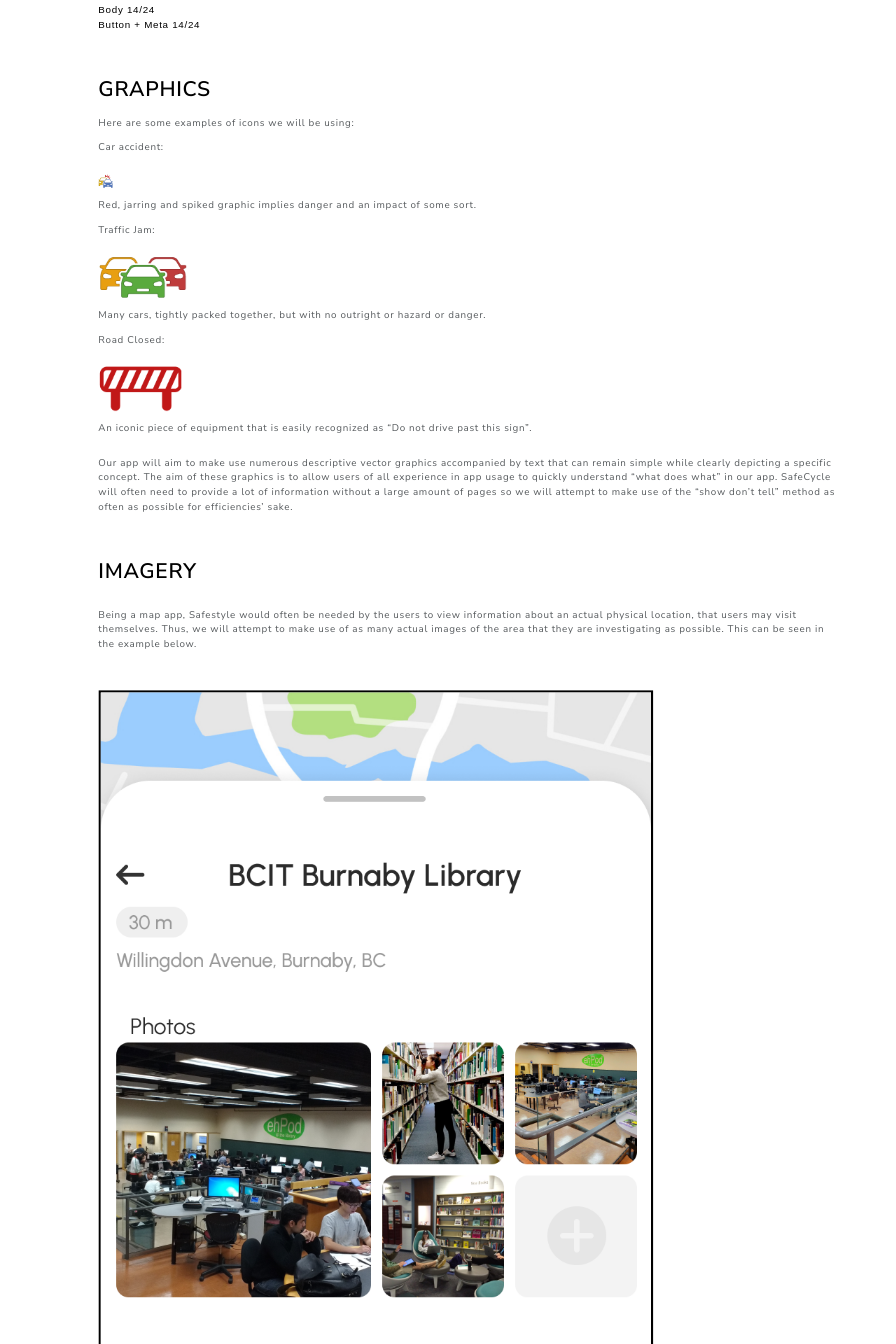
Repository: Aladdin3r/safecycle-styleguide
Page: /
These files come from the project's save history. The page is drawn as it stood at one moment and after the next save; the edit follows.
The browser window is 1280 px wide. The pictures show the part of the page from y = 2915 to 4835 px (the page is 5742 px tall before and 5922 px after), at 70% of full size.
The project was rebuilt for these pictures with package versions that can differ from the ones it lists, and the page was loaded fresh each time. The framework's server and built-in components were replaced by stand-ins that run in the browser. Also part of the build but not shown: next.config.mjs.

Above is the page before, as saved 2024-04-09 22:52:22.

### pages/_app.js
import "@/styles/globals.css";
import "@/styles/bootstrap.min.css";
import { useEffect } from "react";


export default function App({ Component, pageProps }) {

  useEffect(() => {
    require("bootstrap/dist/js/bootstrap.bundle.min.js");
  }, []);
  return <Component {...pageProps} />;
}

### pages/index.js
import Head from "next/head";
import styles from "@/styles/Home.module.css"

export default function Home() {

  return (
    <>
      <Head>
        <title>SafeCycle Styleguide</title>
        <meta name="description"
        content=
        "Created by Rawan Aladdin, Nea Pieroelie, Andrew Turitsa."
       />
        <meta name="viewport" content="width=device-width, initial-scale=1" />
        <link rel="icon" href="/favicon1.svg" />
      </Head>
      <nav class="navbar navbar-expand-lg bg-light sticky-top" data-bs-theme="light">
        <div class="container-fluid">
          <a class="navbar-brand" href="#">SafeCycle</a>
          <button class="navbar-toggler" type="button" data-bs-toggle="collapse" data-bs-target="#navbarColor03" aria-controls="navbarColor03" aria-expanded="false" aria-label="Toggle navigation">
            <span class="navbar-toggler-icon"></span>
          </button>
          <div class="collapse navbar-collapse" id="navbarColor03">
            <ul class="navbar-nav me-auto">
              <li class="nav-item">
                <a class="nav-link active" href="#">Home</a>
              </li>
              <li class="nav-item">
                <a class="nav-link" href="#logo">Logo</a>
              </li>
              <li class="nav-item">
                <a class="nav-link" href="#colours">Colours</a>
              </li>
              <li class="nav-item">
                <a class="nav-link" href="#types">Typography, Imagery, Graphics</a>
              </li>
              <li class="nav-item">
                <a class="nav-link" href="#refs">References</a>
              </li>
            </ul>
          </div>
        </div>
      </nav>
      <main>
      <div class="jumbotron">
        <h1 class="display-3 mt-5 pt-5">SafeCycle</h1>
        <p class="display-4 pb-5">Styleguide</p>
        <hr class="my-5"/>
        <p class="mb-5">Rawan Aladdin, Nea Pieroelie, Andrew Turitsa</p>
        <p class="lead mb-5">
          <a class="btn btn-primary btn-lg my-5" href="#logo" role="button">Start the guide</a>
        </p>
      </div>
      <div id="logo" class="p-4">
        <h2 class="p-2 mt-3">Logo Design</h2>
        <p class="p-3">
          Logo font choice: DIN condensed bold
          colours: #F0983F orange #911C12 red #AD5C0A pale orange
        </p>
        <div class="container">
          <div class="card-group">
              <div class="row">
                <div className="col-sm-4">
                  <div class="bg-primary card text-white mb-3" className={styles.card}>
                    <div class="card-body">
                      <h4 class="card-title">Full-colour logo</h4>
                      <img class="card-img-top" src="/fullcolourlogo.svg" alt="full-colour logo"></img>
                      <p class="card-text">Some quick example text to build on the card title and make up the bulk of the card's content. blah blah blah</p>
                    </div>
                  </div>
                </div>

                <div className="col-sm-4">
                  <div class="bg-primary card text-white mb-3" className={styles.card}>
                  <div class="card-body">
                    <h4 class="card-title">Black and white Logo</h4>
                    <img class="card-img-top" src="/blackandwhitelogo.svg" alt="black and white logo"></img>
                    <p class="card-text">Some quick example text to build on the card title and make up the bulk of the card's content.</p>
                  </div>
                  </div>
                </div>

                <div className="col-sm-4">
                  <div class="bg-primary card text-white mb-3" className={styles.card}>
                  <div class="card-body">
                    <h4 class="card-title">Greyscale Logo</h4>
                    <img class="card-img-top" src="/greyscalelogo.svg" alt="greyscale logo"></img>
                    <p class="card-text">Some quick example text to build on the card title and make up the bulk of the card's content.</p>
                  </div>
                  </div>
                </div>

              </div>

              <div class="row">
                <div className="col-sm-4">
                  <div class="bg-primary card text-white mb-3" className={styles.card}>
                    <div class="card-body">
                      <h4 class="card-title">Monochromatic logo</h4>
                      <img class="card-img-top" src="/monochromatic.svg" alt="Monochromatic logo"></img>
                      <p class="card-text">Some quick example text to build on the card title and make up the bulk of the card's content. blah blah blah</p>
                    </div>
                  </div>
                </div>

                <div className="col-sm-4">
                  <div class="bg-primary card text-white mb-3" className={styles.card}>
                  <div class="card-body">
                    <h4 class="card-title">Horizontal version of full-colour Logo</h4>
                    <img class="card-img-top" src="/horizontalfullcolour.svg" alt="horizontal full colour logo"></img>
                    <p class="card-text">Some quick example text to build on the card title and make up the bulk of the card's content.</p>
                  </div>
                  </div>

              </div>

              <div className="col-sm-4">
                <div class="bg-primary card  text-white mb-3" className={styles.card}>
                <div class="card-body">
                  <h4 class="card-title">Stacked/vertical version of full-colour Logo</h4>
                  <img class="card-img-top" src="/verticalfullcolour.svg" alt="stacked/vertical colour logo"></img>
                  <p class="card-text">Some quick example text to build on the card title and make up the bulk of the card's content.</p>
                </div>
                </div>
              </div>
            </div>
            <div class="row">
                <div className="col-sm-4">
                  <div class="bg-primary card text-white mb-3" className={styles.card}>
                    <div class="card-body z-3">
                      <h4 class="card-title">16x16px Favicon</h4>
                      <img class="card-img-top" src="/favicon1.svg" alt="xs favicon"></img>
                      <p class="card-text">Some quick example text to build on the card title and make up the bulk of the card's content. blah blah blah</p>
                    </div>
                  </div>
                </div>

                <div className="col-sm-4">
                  <div class="bg-primary card  text-white mb-3" className={styles.card}>
                  <div class="card-body">
                    <h4 class="card-title">32x32px Favicon</h4>
                    <img class="card-img-top" src="/favicon2.svg" alt="small favicon"></img>
                    <p class="card-text">Some quick example text to build on the card title and make up the bulk of the card's content.</p>
                  </div>
                  </div>

              </div>

              <div className="col-sm-4">
                <div class="bg-primary card text-white mb-3" className={styles.card}>
                <div class="card-body">
                  <h4 class="card-title">48x48px Favicon</h4>
                  <img class="card-img-top" src="/favicon3.svg" alt="normal favicon"></img>
                  <p class="card-text">Some quick example text to build on the card title and make up the bulk of the card's content.</p>
                </div>
                </div>
              </div>
            </div>
          </div>
        </div>
      </div>
      <div id="colours" class="p-4">
        <h2 class="p-2">Colour Palette, Colour Accessibility</h2>
        <div class="container">

        </div>
      </div>
      <div id="types" class="p-4">
        <h2 class="p-2">Typography, Imagery, Graphics</h2>
        <div class="container">
        <p className={styles.typo_desc} class="p-3">
        The fonts used in SafeCycle will be a blend of Urbanist and Sarabun. They are both sans serif fonts that are not too fancy but also not too rigid and boring. We believe that these fonts have a charming blend of simple, practical functionality and the calming, welcoming feel of a guidance application.  The characters of the Urbanist font are slightly more block-like, so this font will be used primary for heading and standalone words or phrases. Sarabun's characters on the other hand have a more natural curves and shaped, so this more elegant font will be used for body text and paragraphs.
        </p>
        <div className={styles.h1Typo}>Heading One 40/24</div>
        <div className={styles.h2Typo}>Heading Two 26/16</div>
        <div className={styles.h3Typo}>Heading Three 22/16</div>
        <div className={styles.h4Typo}>Heading Four 20/16</div>
        <div className={styles.BodyTypo}>Body 14/24</div>
        <div className={styles.ButtonMetaTypo}>Button + Meta 14/24</div>
        <div className={styles.graphicTitle}>GRAPHICS</div>
        <div className={styles.graphicName}>Here are some examples of icons we will be using:</div>
        <div className={styles.graphicName}>Car accident:</div>
        <img className={styles.carCrash} src="/carCrash.png" height={20} width={20} alt="Car Accident"></img>
        <div className={styles.graphicDesc}>Red, jarring and spiked graphic implies danger and an impact of some sort.</div>
        <div className={styles.graphicName}>Traffic Jam:</div>
        <img className={styles.traffic} src="/traffic.png" alt="Traffic"></img>
        <div className={styles.graphicDesc}>Many cars, tightly packed together, but with no outright or hazard or danger.</div>
        <div className={styles.graphicName}>Road Closed:</div>
        <img className={styles.RoadClosed} src="/RoadClosed.png" alt="Raod Closed"></img>
        <div className={styles.graphicDesc}>An iconic piece of equipment that is easily recognized as “Do not drive past this sign”.</div>
        <div className={styles.graphicExpl}>Our app will aim to make use numerous descriptive vector graphics accompanied by text that can remain simple while clearly depicting a specific concept. The aim of these graphics is to allow users of all experience in app usage to quickly understand “what does what” in our app. SafeCycle will often need to provide a lot of information without a large amount of pages so we will attempt to make use of the “show don’t tell” method as often as possible for efficiencies’ sake.</div>
        <div className={styles.graphicTitle}>IMAGERY</div>
        <div className={styles.graphicExpl}>Being a map app, Safestyle would often be needed by the users to view information about an actual physical location, that users may visit themselves. Thus, we will attempt to make use of as many actual images of the area that they are investigating as possible. This can be seen in the example below.</div>
        <img className={styles.locationPage} src="/locationPage.png" alt="Location Page"></img>


        </div>
        </div>
      <div id="refs" class="p-4">
        <h2 class="p-2">References</h2>
        <div class="container">

        </div>
      </div>
      </main>
    </>
  );
}

### styles/Home.module.css
.main {
  display: flex;
  flex-direction: column;
  justify-content: space-between;
  align-items: center;
  padding: 6rem;
  min-height: 100vh;
}
.card{
  max-width: 30em;
}

.typo_desc{
  /* margin-left: -14.5em; */
  margin-left: 5%;

}
.h1Typo {
  font-family: "Urbanist", sans-serif;
  font-style: bold;
  font-size: 40pt;
  font-weight: 900;
  color: black;
  /* margin-left: -4em; */
  margin-left: 5%;
}
.h2Typo {
  font-family: "Urbanist", sans-serif;
  font-style: bold;
  font-size: 26pt;
  font-weight: 600;
  color: black;
  /* margin-left: -6em; */
  margin-left: 5%;
}
.h3Typo {
  font-family: "Urbanist", sans-serif;
  font-style: bold;
  font-size: 22pt;
  font-weight: 500;
  color: black;
  /* margin-left: -7em; */
  margin-left: 5%;
}
.h4Typo {
  font-family: "Urbanist", sans-serif;
  font-style: bold;
  font-size: 20;
  font-weight: 500;
  color: black;
  /* margin-left: -14.5em; */
  margin-left: 5%;
}

.BodyTypo {
  font-family: "Sarabun", sans-serif;
  font-weight:500;
  font-style: normal;
  color: black;
  font-size: 18;
  /* margin-left: -14.5em; */
  margin-left: 5%;
}
.ButtonMetaTypo {
  font-family: "Sarabun", sans-serif;
  font-weight:500;
  font-style: normal;
  color: black;
  font-size: 18;
  /* margin-left: -14.5em; */
  margin-left: 5%;
}
.graphicTitle{
  margin-top: 2em;
  /* margin-left: -7em; */
  margin-left: 5%;
  font-weight: bold;
  font-size: 30px;
  color: black;
}
.carCrash{
  margin-top: 2em;
  /* margin-left: -14em; */
  margin-left: 5%;
}

.graphicDesc{
  margin-top: 1em;
  /* margin-left: -14em; */
  margin-left: 5%;
}

.graphicName{
  margin-top: 1em;
  /* margin-left: -14em; */
  margin-left: 5%;
}

.graphicExpl{
  margin-top: 2em;
  margin-bottom: 2em;
  /* margin-left: -14em; */
  margin-left: 5%;
}

.traffic{
  margin-top: 2em;
  /* margin-left: -14em; */
  margin-left: 5%;
}

.RoadClosed{
  margin-top: 2em;
  /* margin-left: -14em; */
  margin-left: 5%;
}

.locationPage{
  margin-top: 2em;
    /* margin-left: -14em; */
    margin-left: 5%;
    border: solid black;
}

Loaded but not shown: pages/_document.js (common file); styles/globals.css (common file); styles/bootstrap.min.css (library)

After the next save:
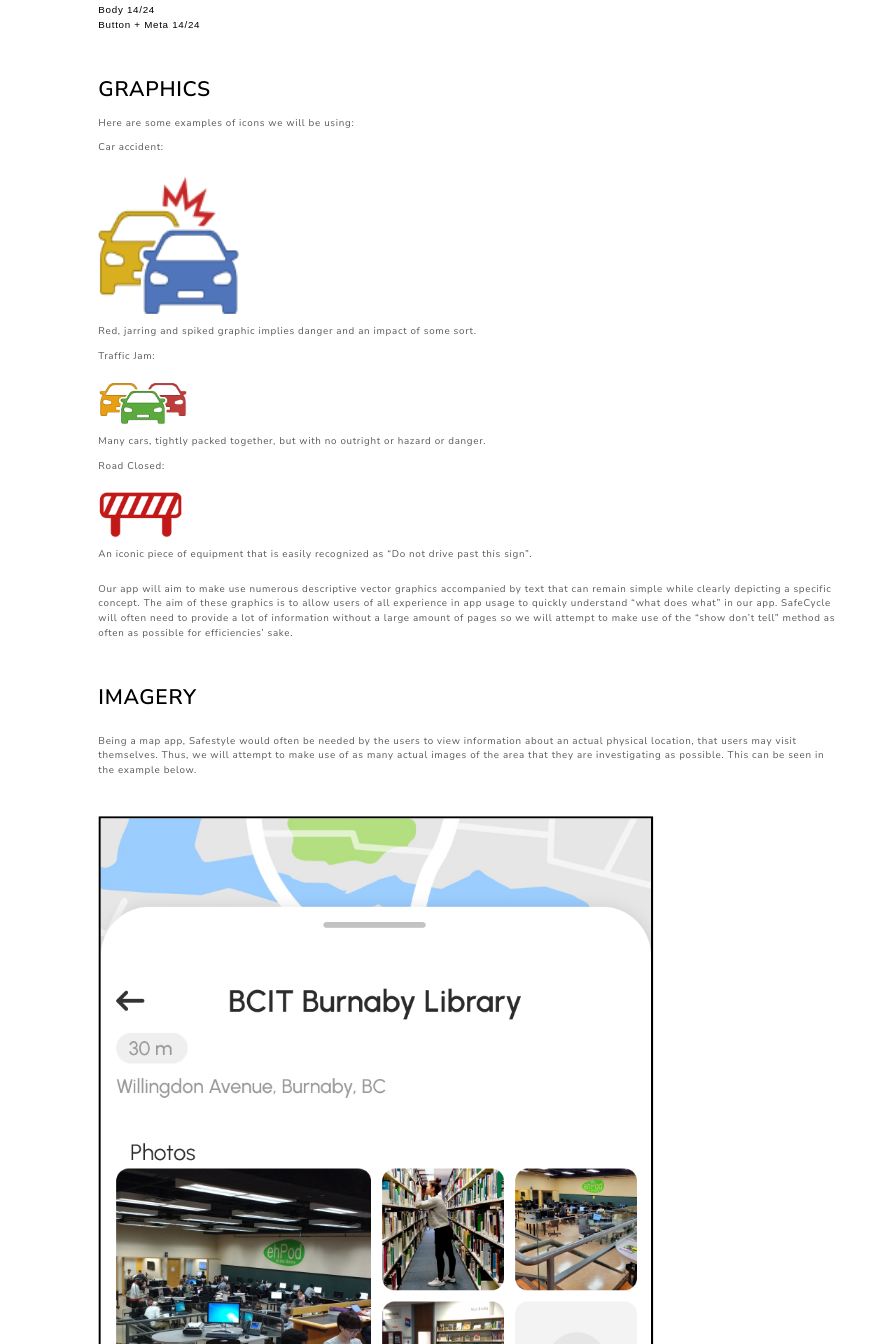
Saved 6 s later.
--- a/pages/index.js
+++ b/pages/index.js
@@ -180,7 +180,7 @@
         <div className={styles.graphicTitle}>GRAPHICS</div>
         <div className={styles.graphicName}>Here are some examples of icons we will be using:</div>
         <div className={styles.graphicName}>Car accident:</div>
-        <img className={styles.carCrash} src="/carCrash.png" height={20} width={20} alt="Car Accident"></img>
+        <img className={styles.carCrash} src="/carCrash.png" height={200} width={200} alt="Car Accident"></img>
         <div className={styles.graphicDesc}>Red, jarring and spiked graphic implies danger and an impact of some sort.</div>
         <div className={styles.graphicName}>Traffic Jam:</div>
         <img className={styles.traffic} src="/traffic.png" alt="Traffic"></img>
